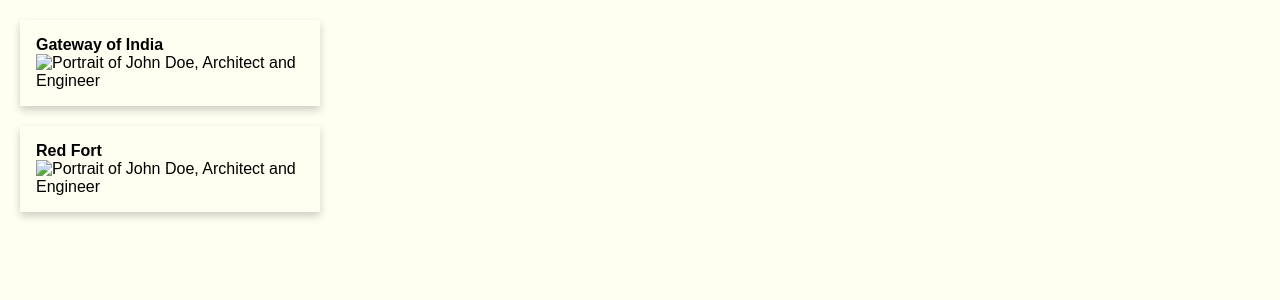
Repository: Muskan1Kumari4draw/React-app-with-concept
Page: /
The author's editor kept a copy of each file at every save. The page is drawn from the files as they stood at one save, then again after the next save.
The browser window is 1280 px wide. The pictures show the whole page.
The project was rebuilt for these pictures with package versions that can differ from the ones it lists, and the page was loaded fresh each time.

Above is the page before, as saved 2024-09-29 15:12:36.

After the next save:
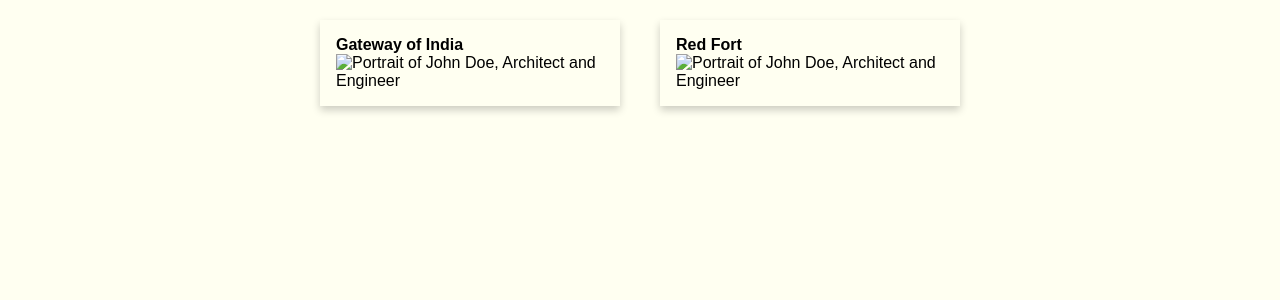
Saved 2 min 1 s later.
--- a/src/component/Basic/Restaurant.js
+++ b/src/component/Basic/Restaurant.js
@@ -4,6 +4,8 @@
 const Restaurant = () => {
   return (
     <>
+
+  <section class="section-div">
     {
         data.map((area,index) =>{
         return (
@@ -18,7 +20,7 @@
       </div>
         )})
         }
-
+     </section>
 
 
     </>
